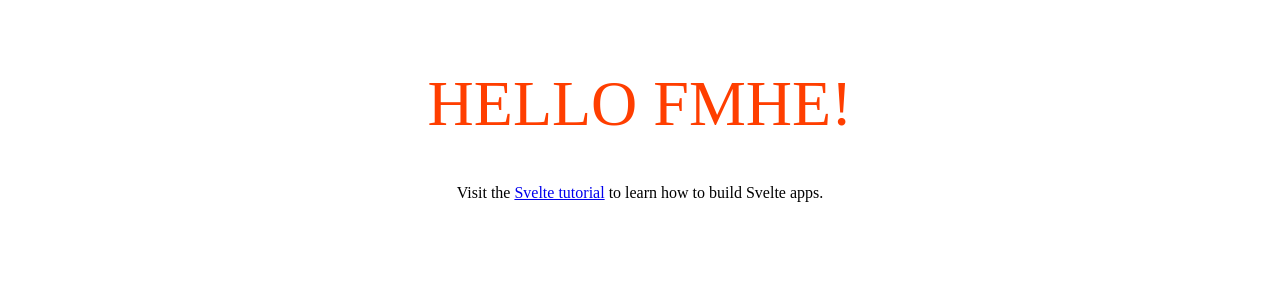
Repository: alex-dow/psikon-weather-station
Page: / (app in webapp/)
The author's editor kept a copy of each file at every save. The page is drawn from the files as they stood at one save, then again after the next save.
The browser window is 1280 px wide. The pictures show the whole page.
The project was rebuilt for these pictures with package versions that can differ from the ones it lists, and the page was loaded fresh each time.

Above is the page before, as saved 2021-12-10 13:52:50.

### webapp/public/index.html
<!DOCTYPE html>
<html lang="en">
<head>
	<meta charset='utf-8'>
	<meta name='viewport' content='width=device-width,initial-scale=1'>

	<title>Psikon Weather Station</title>

	<link rel='stylesheet' href='/bundle.css'>

	<script defer src='/bundle.js'></script>
</head>

<body>
</body>
</html>

### webapp/src/main.js
import App from './App.svelte';

const app = new App({
	target: document.body,
	props: {
		name: 'fmhe'
	}
});



export default app;

### webapp/src/App.svelte
<script>
	export let name = 'world';
</script>

<main>
	<h1>Hello {name}!</h1>
	<p>Visit the <a href="https://svelte.dev/tutorial">Svelte tutorial</a> to learn how to build Svelte apps.</p>
</main>

<style>
	main {
		text-align: center;
		padding: 1em;
		max-width: 240px;
		margin: 0 auto;
	}
	h1 {
		color: #ff3e00;
		text-transform: uppercase;
		font-size: 4em;
		font-weight: 100;
	}
	@media (min-width: 640px) {
		main {
			max-width: none;
		}
	}
</style>

### webapp/public/global.css
* {
  padding: 0;
  margin: 0;
  box-sizing: border-box;
 }
 body {
  font-family: "Montserrat";
 }

After the next save:
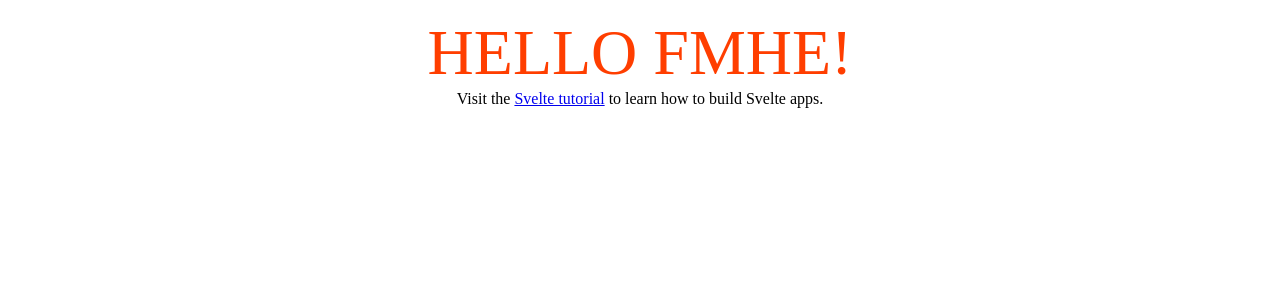
Saved 16 s later.
--- a/webapp/public/index.html
+++ b/webapp/public/index.html
@@ -5,7 +5,7 @@
 	<meta name='viewport' content='width=device-width,initial-scale=1'>
 
 	<title>Psikon Weather Station</title>
-
+  <link rel="stylesheet" href="/global.css">
 	<link rel='stylesheet' href='/bundle.css'>
 
 	<script defer src='/bundle.js'></script>
